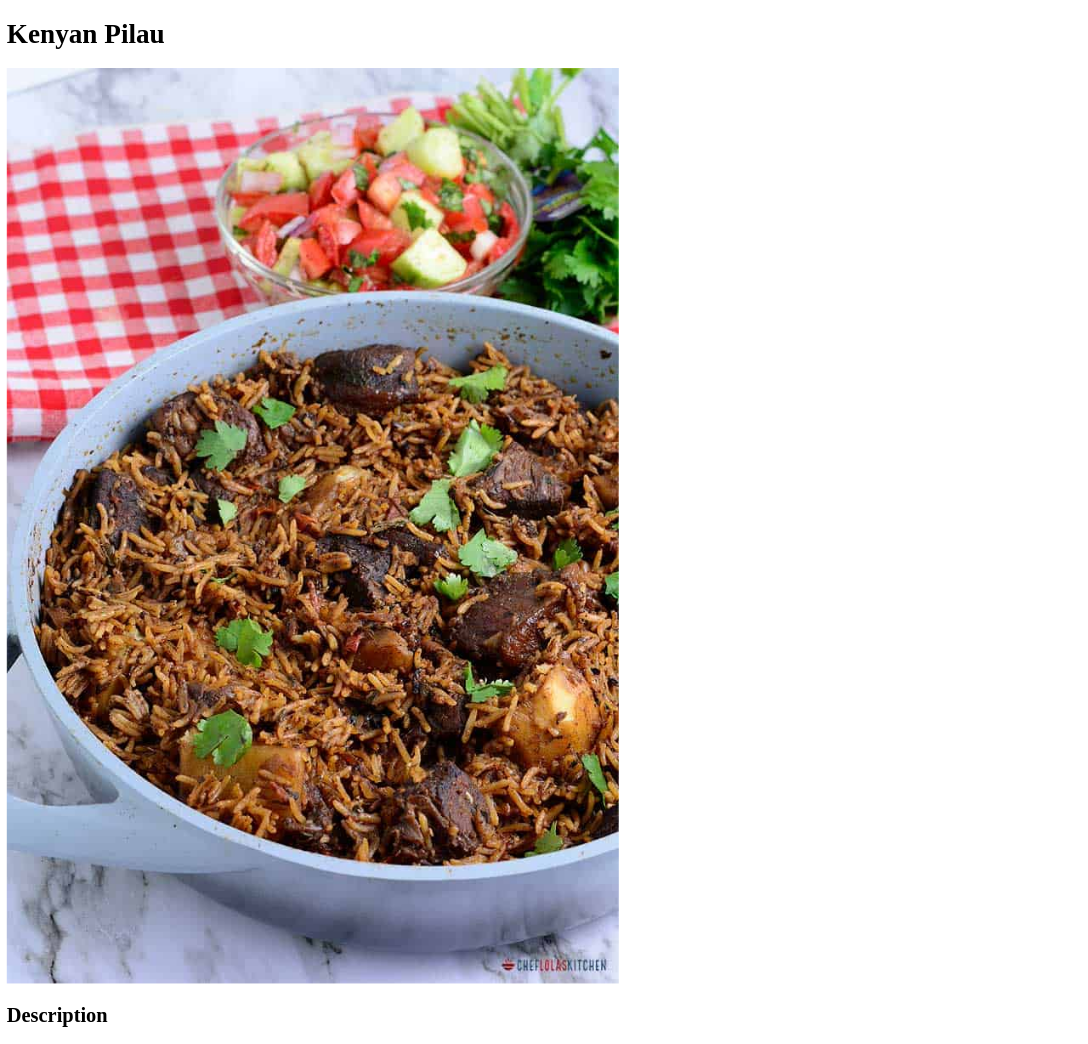
Repository: IanaAmke/odin-recipes
Page: recipes/pilau.html
The author's editor kept a copy of each file at every save. The page is drawn from the files as they stood at one save, then again after the next save.
The browser window is 1280 px wide. The pictures show the whole page, at 85% of full size.

Above is the page before, as saved 2022-06-05 18:16:23.

### recipes/pilau.html
<!DOCTYPE html>
<html lang="en-GB">

<head>
    <meta charset="UTF-8">
    <title>Pilau Recipe</title>
</head>

<body>
    <h1>Kenyan Pilau</h1>
    <img src="./img/pilau.jpg" alt="beef pilau rice with potatoes">
    <h2>Description</h2>
    <p></p>
</body>

</html>

After the next save:
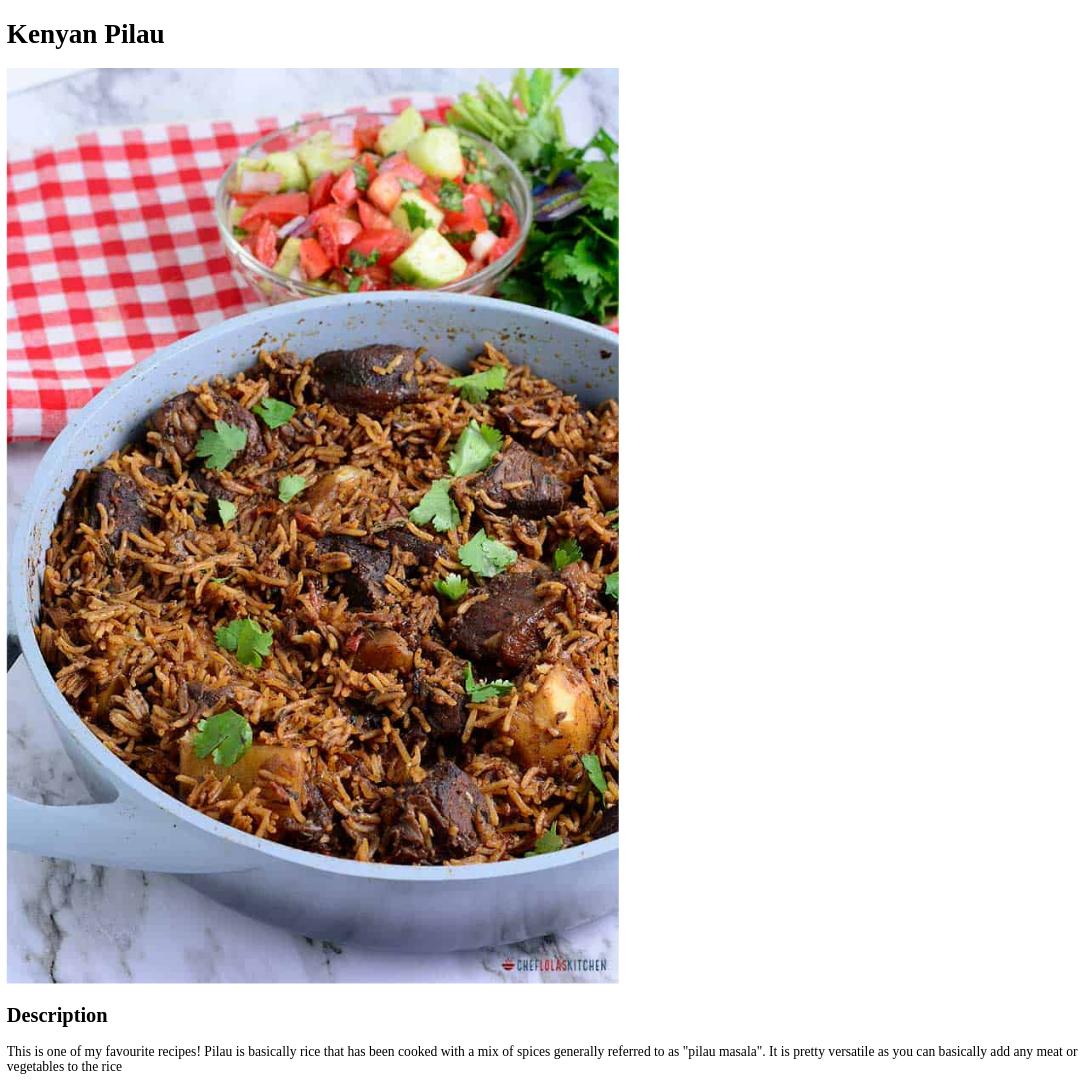
Saved 5 min 10 s later.
--- a/recipes/pilau.html
+++ b/recipes/pilau.html
@@ -10,7 +10,7 @@
     <h1>Kenyan Pilau</h1>
     <img src="./img/pilau.jpg" alt="beef pilau rice with potatoes">
     <h2>Description</h2>
-    <p></p>
+    <p>This is one of my favourite recipes! Pilau is basically rice that has been cooked with a mix of spices generally referred to as "pilau masala". It is pretty versatile as you can basically add any meat or vegetables to the rice </p>
 </body>
 
 </html>
